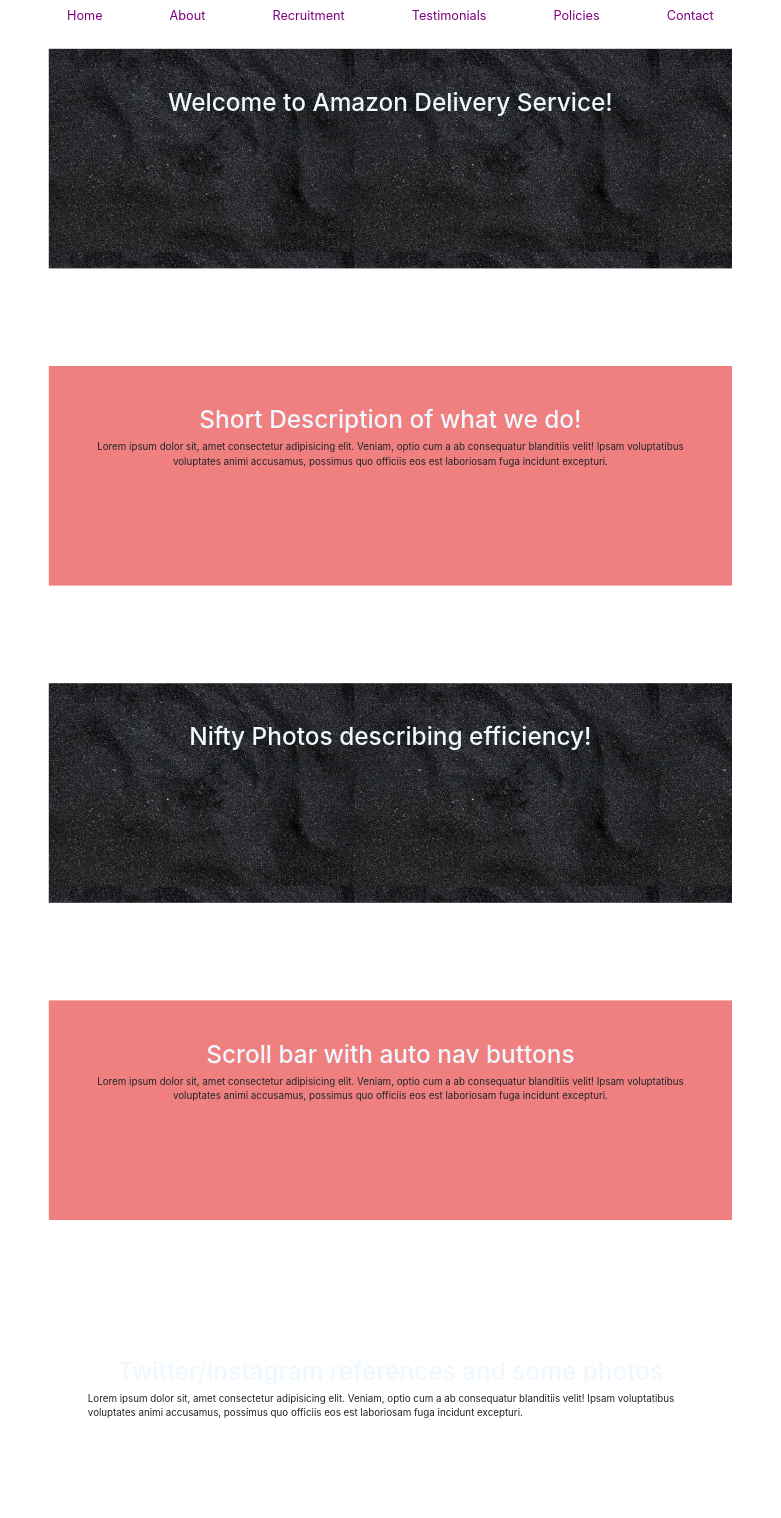
Repository: cerebrium/website
Page: /
The author's editor kept a copy of each file at every save. The page is drawn from the files as they stood at one save, then again after the next save.
The browser window is 1280 px wide. The pictures show the whole page, at 61% of full size.
The project was rebuilt for these pictures with package versions that can differ from the ones it lists, and the page was loaded fresh each time. Also part of the build but not shown: src/Routes/About.jsx, src/Routes/Recruitment.jsx, src/Routes/Testimonials.jsx, src/Routes/Policies.jsx, src/Routes/Contact.jsx.

Above is the page before, as saved 2019-11-02 13:05:27.

### src/App.jsx
import React from 'react';
import './styles/App.css'
import {
  BrowserRouter as Router,
  Route,
  Link
} from 'react-router-dom';
import About from './Routes/About'
import Recruitment from './Routes/Recruitment'
import Testimonials from './Routes/Testimonials'
import Policies from './Routes/Policies'
import Home from './Routes/Home'
import Contact from './Routes/Contact'

class App extends React.Component {
  render () {
    return (
      <Router>
        <div className='mainContainer'>
          <div className='navContainer'>
            <div><Link to='/' className='nav'>Home</Link></div><div><Link to='/about' className='nav'>About</Link></div><div><Link to='/recruitment' className='nav'>Recruitment</Link></div><div><Link to='/testimonials' className='nav'>Testimonials</Link></div><div><Link to='/policies' className='nav'>Policies</Link></div><div><Link to='/contact'className='nav'>Contact</Link></div>
          </div>
          <Route exact path='/' component={Home}/>
          <Route exact path='/about' component={About}/>
          <Route exact path='/recruitment' component={Recruitment}/>
          <Route exact path='/testimonials' component={Testimonials}/>
          <Route exact path='/policies' component={Policies}/>
          <Route exact path='/contact' component={Contact}/>
        </div>
      </Router>
    )
  }
}

export default App;

### src/styles/App.css

/***************************** MAIN APP STYLING ******************************/

.App {
  text-align: center;
}

.mainContainer {
  min-width: 100vw;
}

.navContainer {
  z-index: 1;
  display: flex;
  flex-flow: row;
  align-items: center;
  justify-content: space-evenly;
  position: fixed; /* Make it stick, even on scroll */
  width: 100%;
  margin: 0;
  padding: 0;
  height: 7%;
  background: white;
}

.nav {
  text-decoration: none;
  color: purple;
  font-size: 1.3em;
}

/***************************** HOME APP STYLING ******************************/
.rowCentering {
  display: flex;
  justify-content: center;
  width: 100%;
  height: 100%;
}

.contentCentering {
  display: flex;
  align-items: flex-start;
  flex-flow: column;
  border: 5em;
  padding: 4em;
  margin: 5em;
  width: 100%;
}

.contentBackground {
  height: 50vh;
  text-align: center;
  position: relative;
  width: 100%;
  background: lightcoral;
}

.pictureBackground {
  height: 50vh;
  text-align: center;
  position: relative;
  width: 100%;
  background-image: url('./slideOne.jpeg');
}
h1 {
  color: aliceblue;
  position: relative;
  text-align: center;
  width: 100%;
}

### src/Routes/Home.jsx
import React from 'react';
import '../styles/App.css';

class Home extends React.Component {
    render () {
        return (
            <div className='mainContainer'>
                <div className='rowCentering'>
                    <div className='contentCentering pictureBackground'>
                        <h1>Welcome to Amazon Delivery Service!</h1>
                        <p>Lorem ipsum dolor sit, amet consectetur adipisicing elit. Veniam, optio cum a ab consequatur blanditiis velit! Ipsam voluptatibus voluptates animi accusamus, possimus quo officiis eos est laboriosam fuga incidunt excepturi.</p>
                    </div>
                </div>
                <div className='rowCentering'>
                    <div className='contentCentering contentBackground'>
                        <h1>Short Description of what we do!</h1>
                        <p>Lorem ipsum dolor sit, amet consectetur adipisicing elit. Veniam, optio cum a ab consequatur blanditiis velit! Ipsam voluptatibus voluptates animi accusamus, possimus quo officiis eos est laboriosam fuga incidunt excepturi.</p>
                    </div>
                </div>
                <div className='rowCentering'>
                    <div className='contentCentering pictureBackground'>
                        <h1>Nifty Photos describing efficiency!</h1>
                        <p>Lorem ipsum dolor sit, amet consectetur adipisicing elit. Veniam, optio cum a ab consequatur blanditiis velit! Ipsam voluptatibus voluptates animi accusamus, possimus quo officiis eos est laboriosam fuga incidunt excepturi.</p>
                    </div>
                </div>
                <div className='rowCentering'>
                    <div className='contentCentering contentBackground'>
                        <h1>Scroll bar with auto nav buttons</h1>
                        <p>Lorem ipsum dolor sit, amet consectetur adipisicing elit. Veniam, optio cum a ab consequatur blanditiis velit! Ipsam voluptatibus voluptates animi accusamus, possimus quo officiis eos est laboriosam fuga incidunt excepturi.</p>
                    </div>
                </div>
                <div className='rowCentering'>
                    <div className='contentCentering'>
                        <h1>Twitter/Instagram references and some photos</h1>
                        <p>Lorem ipsum dolor sit, amet consectetur adipisicing elit. Veniam, optio cum a ab consequatur blanditiis velit! Ipsam voluptatibus voluptates animi accusamus, possimus quo officiis eos est laboriosam fuga incidunt excepturi.</p>
                    </div>
                </div>
            </div>
        )
    }
}

export default Home;

Loaded but not shown: public/index.html (common file); src/index.js (common file); src/index.css (common file); src/serviceWorker.js (common file)

After the next save:
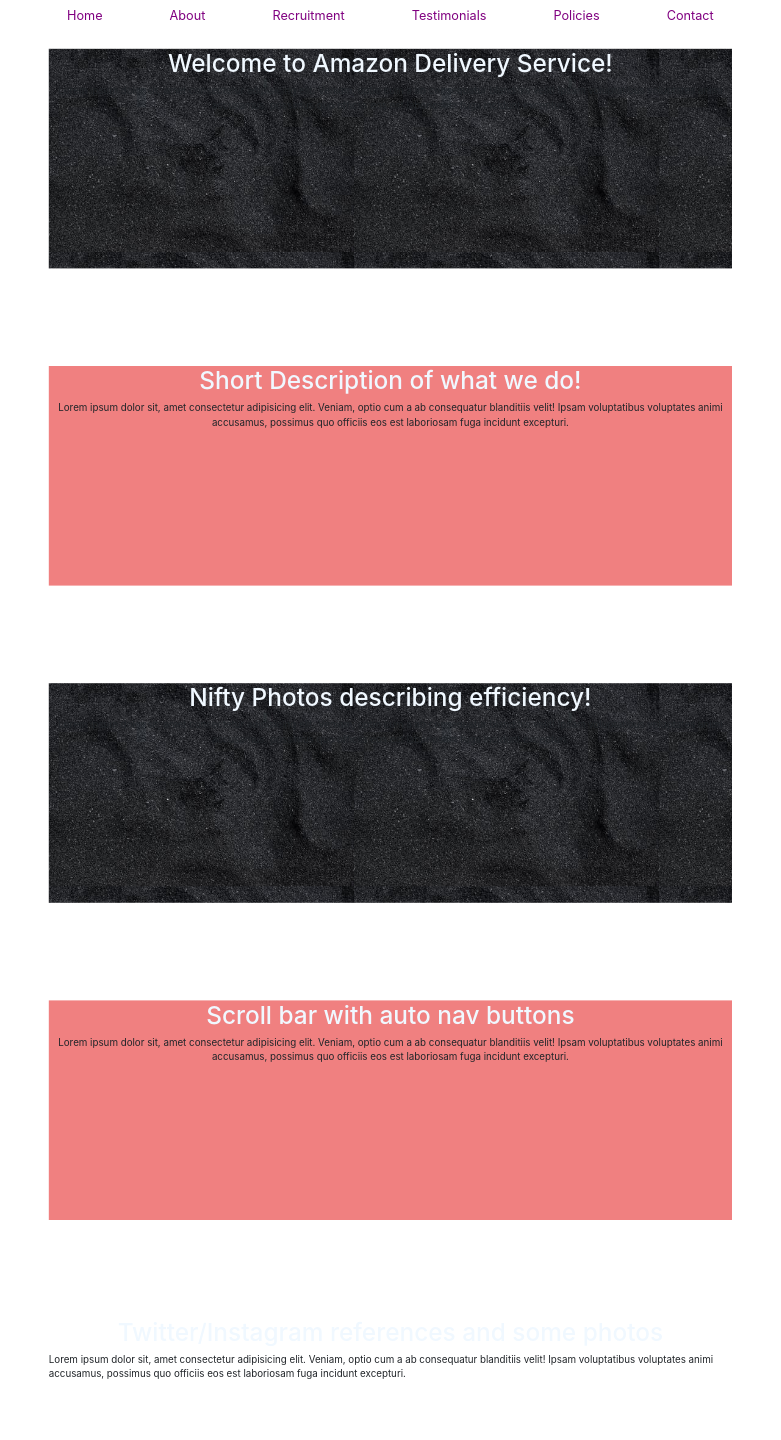
Saved 30 s later.
--- a/src/styles/App.css
+++ b/src/styles/App.css
@@ -42,7 +42,7 @@
   align-items: flex-start;
   flex-flow: column;
   border: 5em;
-  padding: 4em;
+  /* padding: 4em; */
   margin: 5em;
   width: 100%;
 }

After the save that followed:
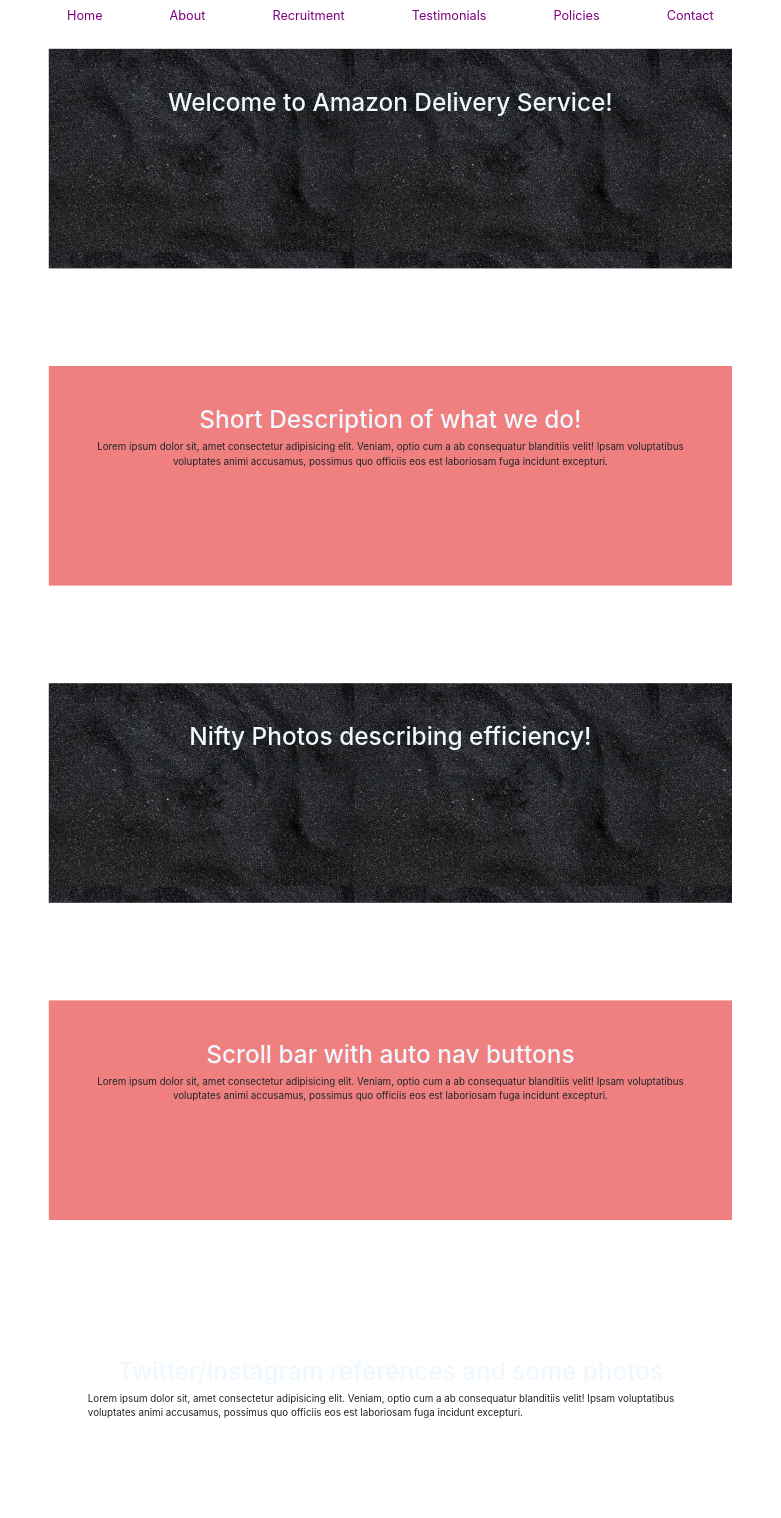
Saved 6 s later.
--- a/src/styles/App.css
+++ b/src/styles/App.css
@@ -42,7 +42,7 @@
   align-items: flex-start;
   flex-flow: column;
   border: 5em;
-  /* padding: 4em; */
+  padding: 4em;
   margin: 5em;
   width: 100%;
 }
